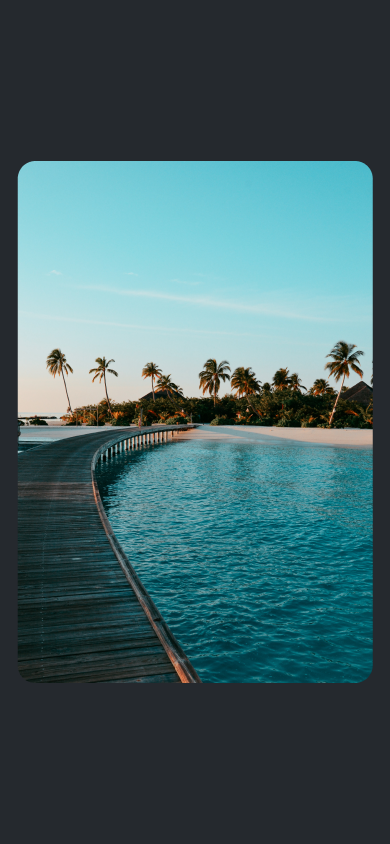
Repository: grlgmrs/StickerSmash
Screen: /
The author's editor kept a copy of each file at every save. The screen is drawn from the files as they stood at one save, then again after a run of saves.
The app was drawn by React Native's web renderer in a window 390 px wide. The project was rebuilt for these pictures with package versions that can differ from the ones it lists, and the page was loaded fresh each time.

Above is the screen before, as saved 2023-01-27 15:34:06.

After the next 3 saves:
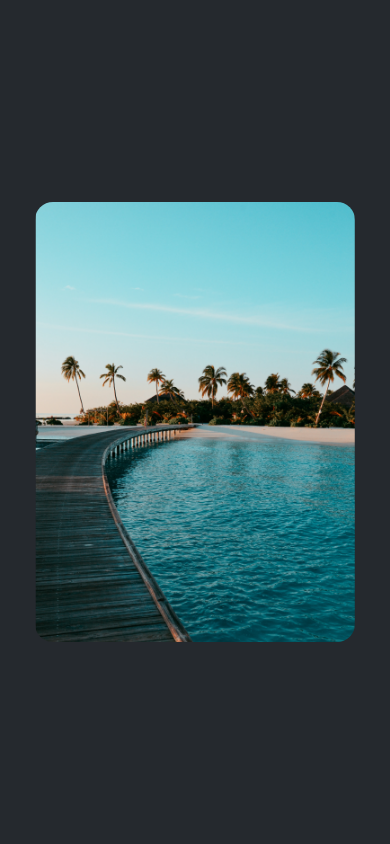
The 3 saves are shown as one change because 2 did not build or start.
The last was saved 38 s later.
--- a/components/ImageViewer/ImageViewer.js
+++ b/components/ImageViewer/ImageViewer.js
@@ -1,7 +1,15 @@
-import { Image } from "react-native";
+import { StyleSheet, Image } from "react-native";
 
 const ImageViewer = ({ placeholderImageSource }) => {
-  return <Image source={placeholderImageSource} />;
+  return <Image source={placeholderImageSource} style={styles.image} />;
 };
 
+const styles = StyleSheet.create({
+  image: {
+    width: 320,
+    height: 440,
+    borderRadius: 18,
+  },
+});
+
 export default ImageViewer;
